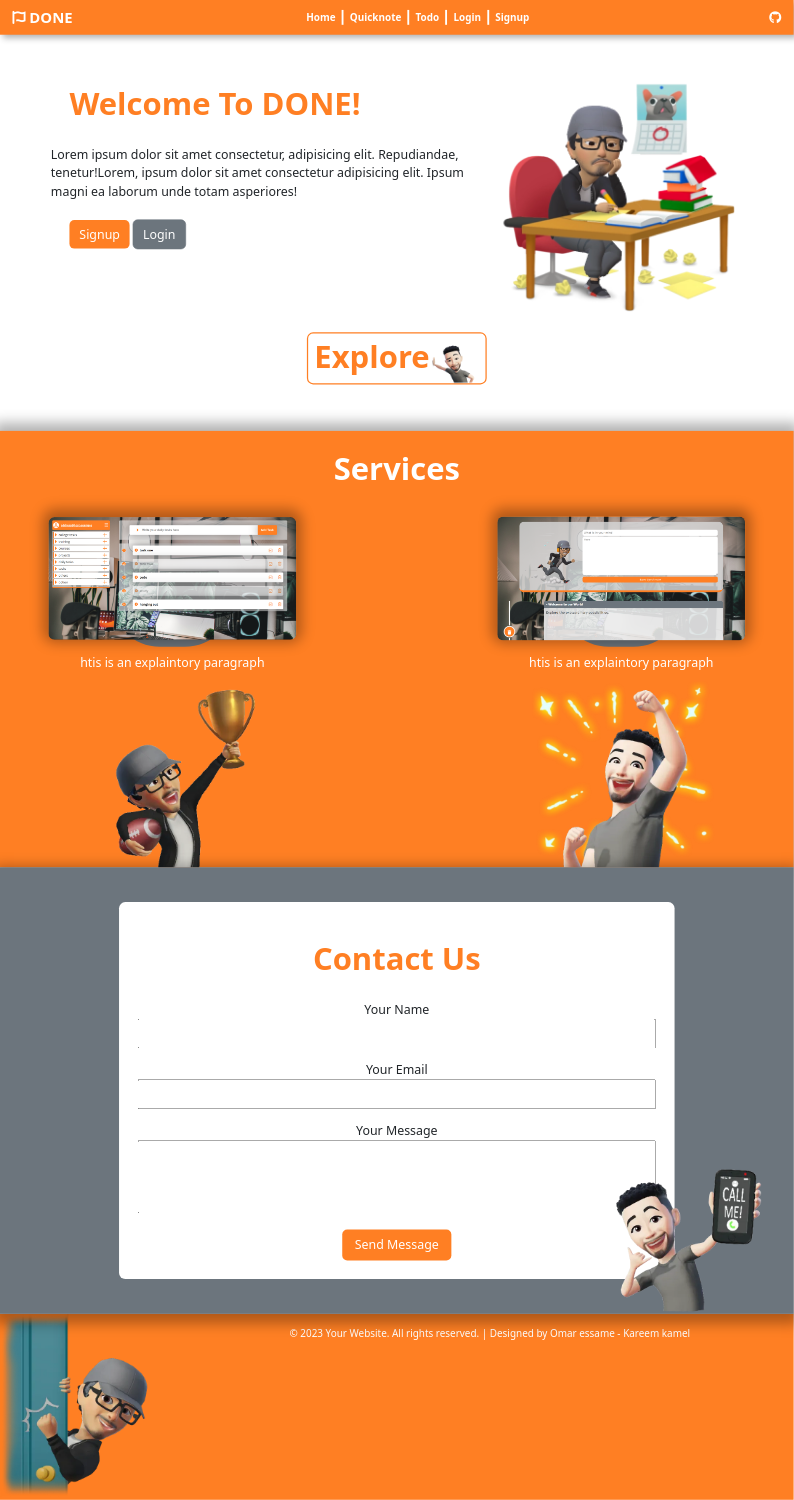
Repository: OmarEssameldinMousa/DONE
Page: index.html
The author's editor kept a copy of each file at every save. The page is drawn from the files as they stood at one save, then again after the next save.
The browser window is 1280 px wide. The pictures show the whole page, at 62% of full size.
Some web fonts or font styles are not loaded; a fallback is used.

Above is the page before, as saved 2023-12-18 12:20:20.

### index.html
<!DOCTYPE html>
<html lang="en">

<head>
    <meta charset="UTF-8">
    <meta name="viewport" content="width=device-width, initial-scale=1.0">
    <title>Home</title>
    <!-- Main Template CSS File -->
    <link rel="stylesheet" href="CSS/styles.css">
    <!-- Render and Normalize the ELements -->
    <link rel="stylesheet" href="CSS/normalize.css">
    <!-- Font Awsome Library -->
    <link rel="stylesheet" href="CSS/all.min.css">
    <!-- google fonts -->
    <link rel="preconnect" href="https://fonts.googleapis.com">
    <link rel="preconnect" href="https://fonts.gstatic.com" crossorigin>
    <link
        href="https://fonts.googleapis.com/css2?family=Kablammo&family=Work+Sans:wght@200;300;400;500;600;800&display=swap"
        rel="stylesheet">
    <!-- including bootstrap library -->
    <link href="https://cdn.jsdelivr.net/npm/bootstrap@5.3.2/dist/css/bootstrap.min.css" rel="stylesheet"
        integrity="sha384-T3c6CoIi6uLrA9TneNEoa7RxnatzjcDSCmG1MXxSR1GAsXEV/Dwwykc2MPK8M2HN" crossorigin="anonymous">

</head>

<body>
    <header>
        <nav>
            <!-- Logo with Font Awesome Icon -->
            <div class="logo">
                <i class="fab fa-font-awesome-flag"></i> DONE
            </div>

            <!-- Left-side Navigation Links -->
            <ul class="navlist">
                <li><a href="index.html">Home</a></li>
                <li><a href="quicknote.html">Quicknote</a></li>
                <li><a href="mytasks.html">Todo</a></li>
                <li><a href="#">Login</a></li>
                <li><a href="#">Signup</a></li>
            </ul>

            <!-- Right-side GitHub Icon -->
            <div class="github-icon">
                <a rel="" href="https://github.com/yourusername" target="_blank">
                    <i class="fab fa-github" style="color: white;"></i>
                </a>
            </div>
        </nav>

        <div class="container heading">
            <div class="landing">

                <div class="landingtext">
                    <h1>Welcome To DONE!</h1>
                    <p>Lorem ipsum dolor sit amet consectetur, adipisicing elit. Repudiandae, tenetur!Lorem, ipsum dolor
                        sit amet consectetur adipisicing elit. Ipsum magni ea laborum unde
                        totam
                        asperiores!</p>
                    <div class="buttons">
                        <button type="button" class="btn btn-primary btn-lg"
                            style="background-color: #ff7f23;border: none;">Signup
                        </button>
                        <button type="button" class="btn btn-secondary btn-lg">Login</button>
                    </div>
                </div>

                <div class="logoimage">
                    <img src="images/omar.png" alt="">
                </div>
            </div>
        </div>
    </header>
    <div class="explore">
        <a href="#tododemo1">Explore</a>
        <img src="images/kemo1.jpg" alt="">
    </div>

    <div class="tododemo" id="tododemo1">
        <h1>Services</h1>
        <div class="container2">
            <div class="omar">
                <div class="demoimage1">
                    <img src="images/tododemo.png" alt="">
                </div>
                <p>htis is an explaintory paragraph</p>
                <img src="images/omarholdscub.jpg" alt="">
            </div>
            <div class="kemo">
                <div class="demoimage1">
                    <img src="images/quicknot.png" alt="">
                </div>
                <p>htis is an explaintory paragraph</p>
                <img src="images/kemochilling.jpg" alt="">
            </div>
        </div>
    </div>


    <div class="snippests" id="tododemo1">
        <div class="contact-section">
            <h1>Contact Us</h1>
            <div class="contact-form">
                <form action="#" method="post">
                    <label for="name">Your Name</label>
                    <input type="text" id="name" name="name" required>

                    <label for="email">Your Email</label>
                    <input type="email" id="email" name="email" required>

                    <label for="message">Your Message</label>
                    <textarea id="message" name="message" rows="4" required></textarea>

                    <button type="submit" class="btn btn-primary btn-lg"
                        style="background-color: #ff7f23;border: none;">Send Message
                    </button>
                </form>
            </div>
        </div>
        <img src="images/callmekemo.jpg" alt="">
    </div>
    <footer>
        <img src="images/omarcallme.jpg" alt="">
        <div class="footer">
            <p>&copy; 2023 Your Website. All rights reserved. | Designed by <a href="#" target="_blank">Omar essame -
                    Kareem kamel</a>
            </p>
        </div>
    </footer>


    <script src="https://cdn.jsdelivr.net/npm/bootstrap@5.3.2/dist/js/bootstrap.bundle.min.js"
        integrity="sha384-C6RzsynM9kWDrMNeT87bh95OGNyZPhcTNXj1NW7RuBCsyN/o0jlpcV8Qyq46cDfL"
        crossorigin="anonymous"></script>
</body>

</html>

### CSS/styles.css
/* Start Variables */
:root{
    --main-color: rgba(235, 235, 235, 0.6);
    --secondery-color: #ff7f23;
    --third-color:#333;
    --fourth-color: #6c757d;
}
/* End Variables */
/* Special Heading */
.special-heading{
    color: #ebeced;
    font-size: 100px;
    text-align: center;
    font-weight: 800;
    letter-spacing: -3px;
    margin: 0;

}
.special-heading + p{
    margin-top: -30px;
    text-align: center;
    font-size: 20px;
    color: #797979;
}
/* End Special Heading */
/* Start Global Rules */
*{
    -webkit-box-sizing: border-box;
    -moz-box-sizing: border-box;
    box-sizing: border-box;
}

body{

    font-family: 'Kablammo', cursive;
    font-family: 'Work Sans', sans-serif;
    background-color: #797979;

}

.container{
    padding-left: 15px;
    padding-right: 15px;
    margin-left: auto;
    margin-right: auto;
    background-color: #fff;
    margin: auto;
    width: 600px;
}

/*very small screens*/
@media (max-width: 767px){
    .container{
        .special-heading{
            font-size: 60px;
        }
        .special-heading + p{
            margin-top: -20px;
        }

        .landing{
            flex-direction: column;
            text-align: center;
        }
    }
    .navlist{
        display: none;
    }


}
/*small screens*/
@media (min-width: 768px){
    .container{
        width: 750px;
    }
}
/*Medium screens*/
@media (min-width: 992px){
    .container{
        width: 970px;
    }
}
/*Large screens*/
@media (min-width: 1200px){
    .container{
        width: 1170px;
    }
}
/* End Global Rules */


html{
    scroll-behavior: smooth;
}
/* navigation bar */

nav {
    background-color:  var(--secondery-color);
    color: white;
    display: flex;
    align-items: center;
    justify-content: space-between;
    padding: 10px 20px;
    box-shadow: 5px 5px 10px rgba(0, 0, 0, 0.3);
}
nav ul {
    list-style: none;
    margin: 0;
    padding: 0;
    display: flex;
}
nav ul li {
    margin-right: 10px;
    font-weight: bold;

}
nav ul li:not(:last-child) {
    border-right: solid 3px white;
    padding-right: 10px;
}
nav ul li a {
    text-decoration: none;
    color: white;
    transition: 0.3s;
}
nav ul li a:hover {
    color: var(--main-color); /* Change color on hover */
}
.logo {
    font-size: 24px;
    font-weight: bold;
}
.github-icon {
    font-size: 20px;
    color: white;
}

.heading{
    display: flex;
    align-items: center;
    justify-content: center;
    margin-top: 50px;
    height: auto;
}

.landing{
    width: 100%;

    background-color: none;
    display: flex;
    flex-direction: row;

}

.landing h1{
    color: var(--secondery-color);
    font-size: 50px;
    font-weight: 900;
    padding: 30px;
}
.landing p{
    font-size: 20px;
}
.landing .logoimage img{
    width: 400px;
    position: relative;
    animation: topdown 2s ease-in-out infinite;
}

.landing .landingtext .buttons{
    margin: 30px;
    top: 150px;
}
@keyframes topdown {
    0%, 100% {
        top: 0; /* Starting and ending position (top) */
    }
    50% {
        top: 5px; /* Middle position (top) */
    }
}


.explore{
    height: auto;
    text-align: center;
    display: flex;
    padding: 0px 10px;
    transition: 0.3s;
    width: min-content;
    margin: 30px auto 75px;
    border: #ff7f23 solid 2px;
    border-radius: 10px;
    justify-content: center;
    align-items: cneter;
}
.explore a{
    color: var(--secondery-color);
    font-weight: 900;
    font-size: 50px;
    transform: 0.3s;
    text-decoration: none;
    transition: 0.3s;

}

.explore img{
    width: 80px;
}
.landing .logoimage{
    position: relative;
}


.explore:hover{
    background-color: var(--secondery-color);
    border-radius: 20px;

    cursor: pointer;
}

.explore:hover a{
    color: #ebeced;
}



/* to do demo */
.tododemo{
    height: auto;
    background-color: var(--secondery-color);
    box-shadow: rgba(0, 0, 0, 0.3) 0px -4px 20px 9px;
    display: flex;
    flex-direction: column;
    width: 100%;
    justify-content: center;
    align-items: center;
}

.snippests{
    height: 100vh;
    background-color: var(--fourth-color);
    box-shadow: rgba(0, 0, 0, 0.3) 0px 7px 20px 9px
}

/* Services */

/* Styles for the container2 */
.container2 {
    display: flex;
    justify-content: space-between;
    width: 80%; /* Adjust the width as needed */
    margin-top: 20px; /* Add margin or adjust as required */
    flex: 1;
    flex-flow: wrap;
    margin:20 auto 0;
}

.tododemo h1{
    color: white;
    font-size: 50px;
    font-weight: 900;
    padding: 30px;
}
.tododemo p{
    font-size: 20px;
    color: white;
}

/* Styles for .omar and .kemo */
.omar,
.kemo {
    display: flex;
    flex-direction: column;
    align-items: center;
    /* Add any other styles you require */
}


.demoimage1 {
    display: flex;
    justify-content: center;
    align-items: center;
    width: 150px;
    height: 150px;
    margin-bottom: 10px;
    width: 200px;
    height: 200px;
    background-color: var(--fourth-color);
    /* transform: rotate(90deg); */
    border-radius: 40%;
}


/* Styles for images within .omar and .kemo */
.omar > img,
.kemo > img {
    width: 300px;
    height: auto;
    text-align: right;
    transition: 0.3s;
}

.omar > img:hover,
.kemo > img:hover{
    width: 310px;
}

.demoimage1 img {
    max-width: 400px;
    max-height: 400px;
    margin-bottom: 20px;
    border-radius: 10px;
    box-shadow: rgba(0, 0, 0, 0.3) 0px -4px 20px 9px;
    transition: 0.3s;
}

.demoimage1 img:hover{
    max-width: 420px;
    max-height: 420px;
    transform: rotate(5deg);
}



/* contact */
.snippests{
    position: relative;
    padding: 50px;
}
.snippests img{
    width: 290x;
    height: 290px;
    position: absolute;
    bottom: 0;
    right: 50px;
}

.contact-section {
    width: 70%;
    background-color: #fff;
    padding: 30px 30px;
    text-align: center;
    position: absolute;
    top: 50%;
    left: 50%;
    transform: translate(-50%,-50%);
    border-radius: 10px;

}
.contact-section label{
    font-size: 20px;
}

.contact-form {
    max-width: 100%;
    margin: 0 auto;
}
.contact-section h1{
    color: var(--secondery-color);
    font-size: 50px;
    font-weight: 900;
    padding: 30px;
}
.contact-form input,
.contact-form textarea {
    width: 100%;
    padding: 10px;
    margin-bottom: 20px;
    box-sizing: border-box;
}

.contact-form button {
    background-color: #4caf50;
    color: #fff;
    padding: 10px 20px;
    border: none;
    cursor: pointer;
}

.contact-form button:hover {
    background-color: #45a049;
}



/* footer styles */
footer{
    display: flex;
    justify-content: space-between;
    background-color: var(--secondery-color);
}
.footer {

    color: #fff;
    text-align: center;
    padding: 20px;
    bottom: 0;
    width: 100%;
    flex: 1;
}
footer img{
    width: 300px;
    height: 300px;
}
.footer a {
    color: #fff;
    text-decoration: none;
}

.footer a:hover {
    text-decoration: underline;
}

Loaded but not shown: CSS/normalize.css (library); CSS/all.min.css (library)

After the next save:
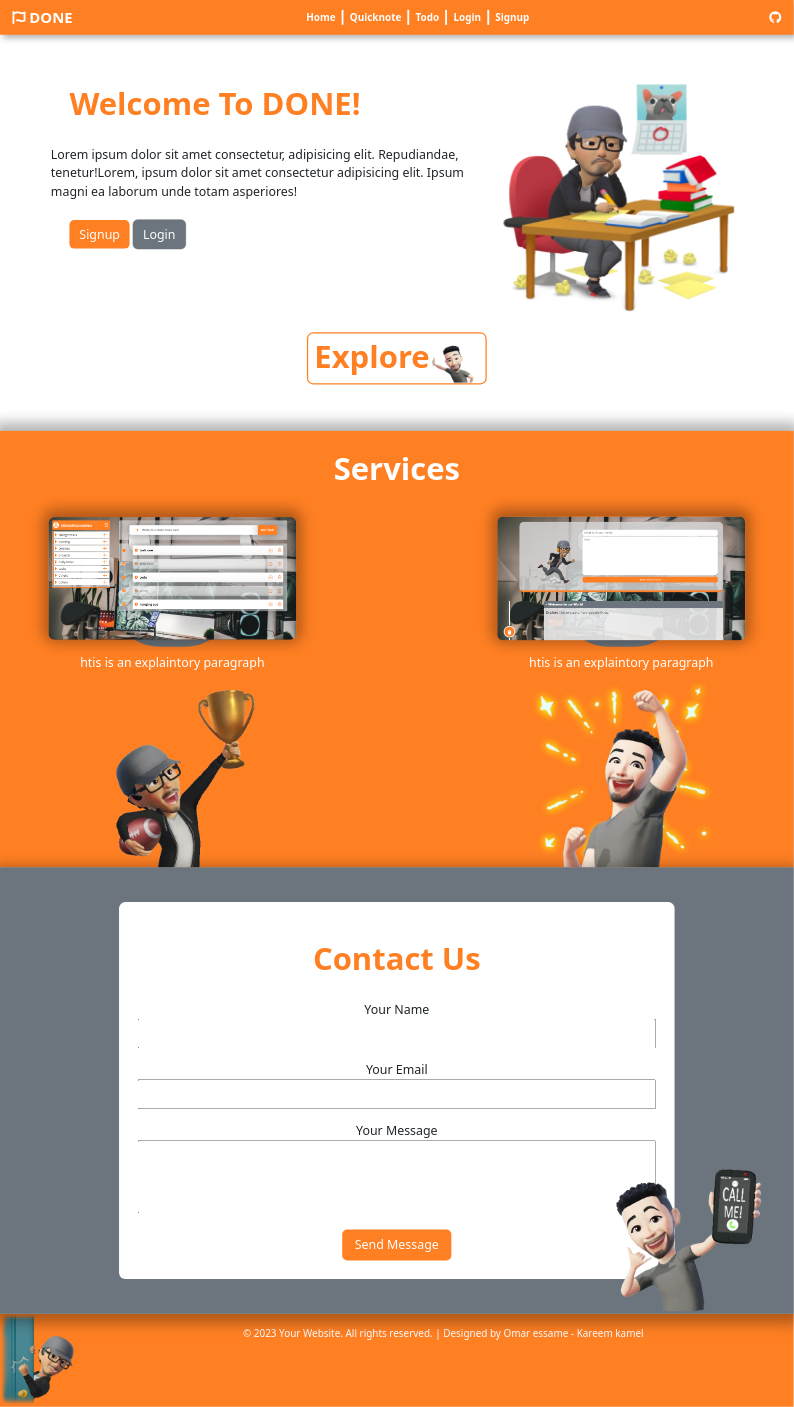
Saved 29 s later.
--- a/CSS/styles.css
+++ b/CSS/styles.css
@@ -401,8 +401,8 @@ footer{
     flex: 1;
 }
 footer img{
-    width: 300px;
-    height: 300px;
+    width:150px;
+    height:150px;
 }
 .footer a {
     color: #fff;
